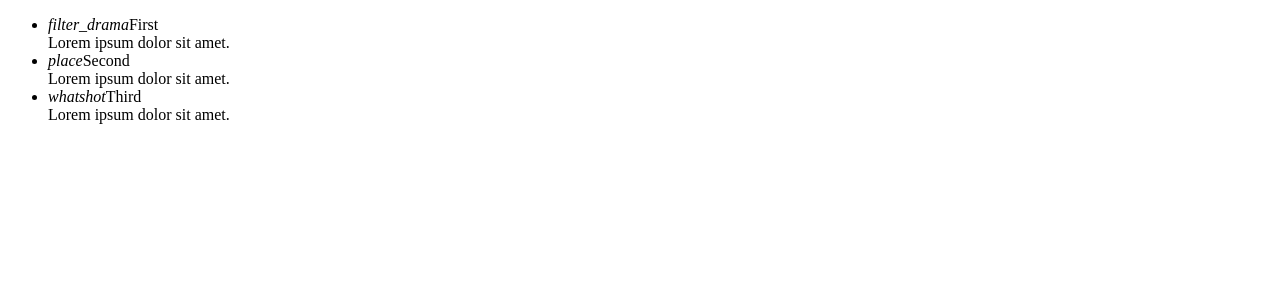
Repository: Felix-Redwood/MongoDB-mini-project
Page: http://localhost/
The author's editor kept a record of every edit. The page is drawn from the files as they stood at one moment, then again after the next edit.
The browser window is 1280 px wide. The pictures show the whole page.
The page is served by the project's application, run on Flask 3 (app.py). Queries for data that is not in the repository find no rows.

Above is the page before.

After the next edit:
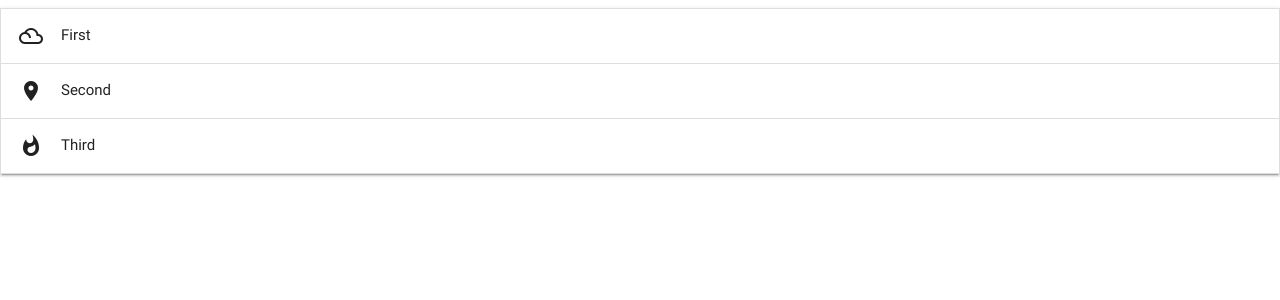
The edit:
--- a/templates/base.html
+++ b/templates/base.html
@@ -1,7 +1,8 @@
 <!DOCTYPE html>
 <html>
     <head>
-
+        <link href="https://fonts.googleapis.com/icon?family=Material+Icons" rel="stylesheet">
+        <link rel="stylesheet" href="https://cdnjs.cloudflare.com/ajax/libs/materialize/0.100.2/css/materialize.min.css">
     </head>
     <body>
         {% block content %}
